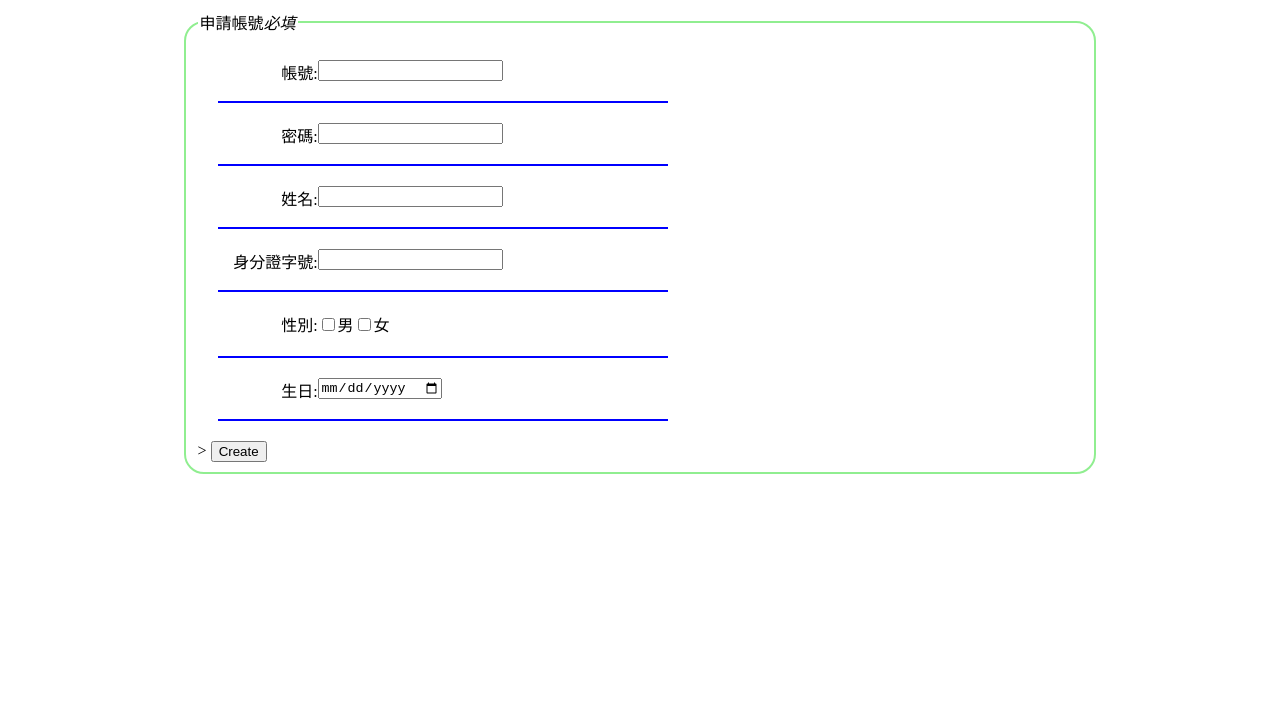
Repository: cctytw2000/Member
Page: Member/WebContent/Member/RegisteredMember.html
The author's editor kept a copy of each file at every save. The page is drawn from the files as they stood at one save, then again after the next save.
The browser window is 1280 px wide. The pictures show the whole page.

Above is the page before, as saved 2019-08-29 09:48:47.

After the next save:
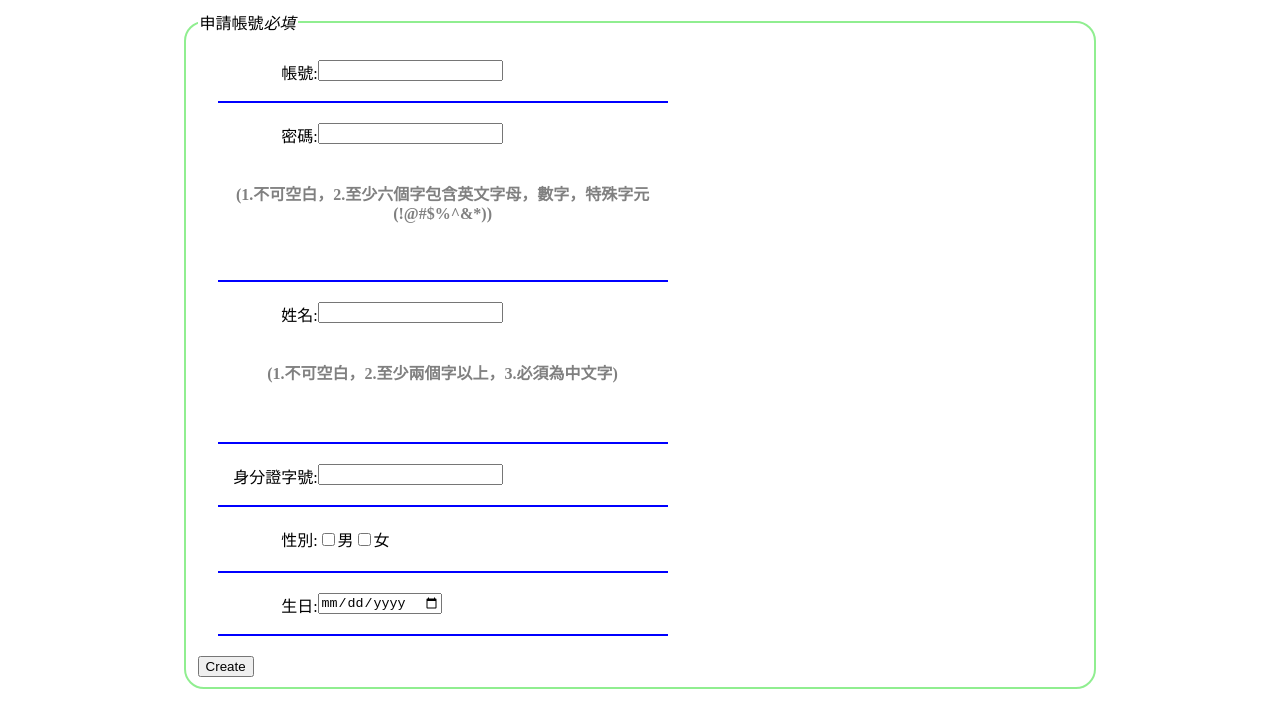
Saved 64 s later.
--- a/Member/WebContent/Member/RegisteredMember.html
+++ b/Member/WebContent/Member/RegisteredMember.html
@@ -18,9 +18,11 @@
 </div>
 <div class="div1">
 <label class='label1'>密碼:</label><input type="password" id="password" name="password"><span id="msg_password"></span>
+<h6 style="color: gray;font-size: 16px">(1.不可空白，2.至少六個字包含英文字母，數字，特殊字元(!@#$%^&*))</h6>
 </div>
 <div class="div1">
 <label class='label1'>姓名:</label><input type="text" id="username" name="username"><span id="msg"></span>
+<h6 style="color: gray;font-size: 16px">(1.不可空白，2.至少兩個字以上，3.必須為中文字)</h6>
 </div>
 <div class="div1">
 <label class='label1'>身分證字號:</label><input type="text" name="idnumber">
@@ -31,7 +33,7 @@
 <div class="div1">
 <label class='label1'>生日:</label><input type="date" name="birth">
 </div>
->
+
 <input type="submit" value="Create">
 </fieldset>
 </form>
